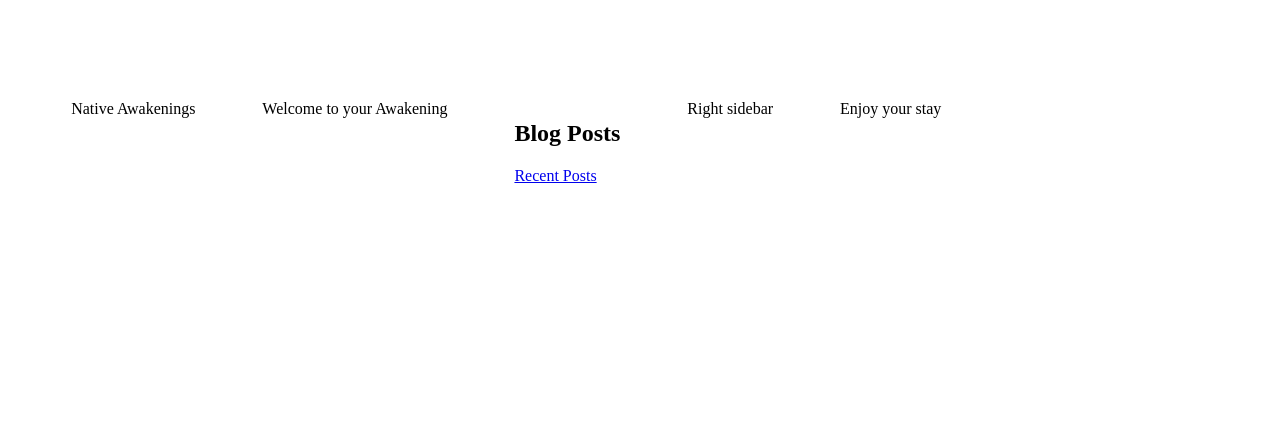
Repository: Gregg-Hendrix/blog-project
Page: index.html
An editor plug-in stored every save of this project. The page is shown before and after a run of saves, followed by the edit.
The browser window is 1280 px wide. The pictures show the whole page.

Above is the page before, as saved 2021-03-15 14:05:27.

After the next 2 saves:
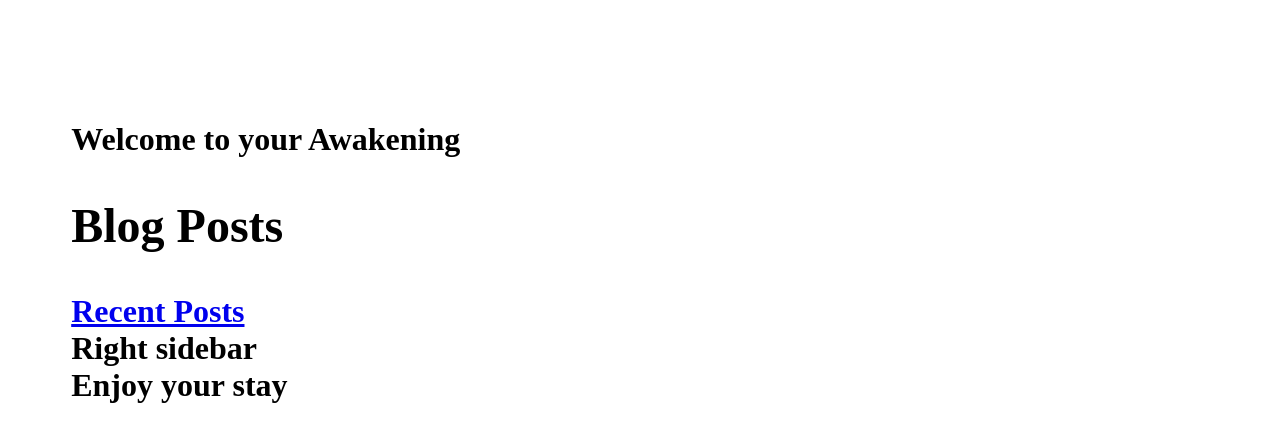
The 2 saves are shown as one change because they came seconds apart.
The last was saved 16 s later.
--- a/index.html
+++ b/index.html
@@ -9,7 +9,7 @@
          </head>
     <body>
 <div class="container">
-  <header>Native Awakenings</header>
+  <header><h1 Awakenings</header>
   <main>Welcome to your Awakening</main>
   <aside class="left-sidebar"><h1>Blog Posts</h1><a href="meditation.html">Recent Posts</a></aside>
   <aside class="right-sidebar">Right sidebar</aside>
